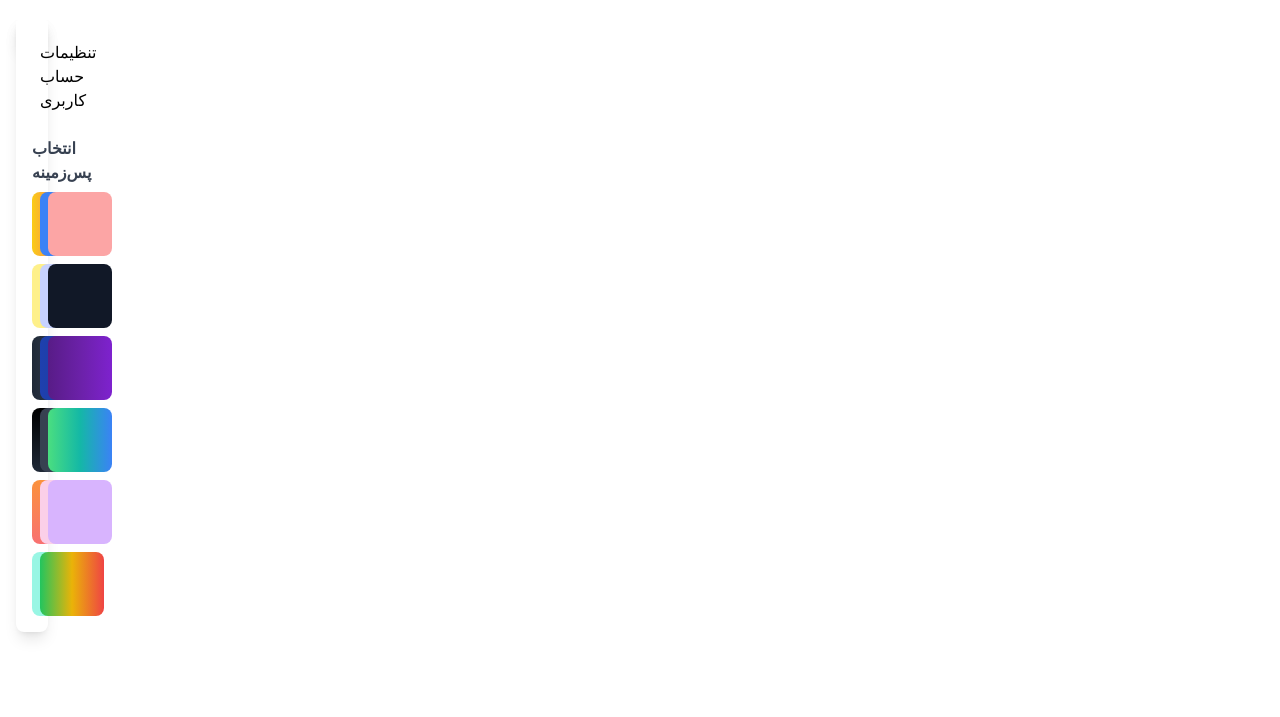
Repository: spnovaa/work-hive
Page: / (app in front_end/), after clicking the first element matching `div.z-0`
These files come from the project's save history. The page is drawn as it stood at one moment and after the next save; the edit follows.
The browser window is 1280 px wide. The pictures show the whole page.
The project was rebuilt for these pictures with package versions that can differ from the ones it lists, and the page was loaded fresh each time. Also part of the build but not shown: front_end/src/api/auth.js, front_end/src/pages/login.jsx, front_end/src/pages/registration.jsx.

Above is the page before, as saved 2025-01-16 15:26:39.

After the next save:
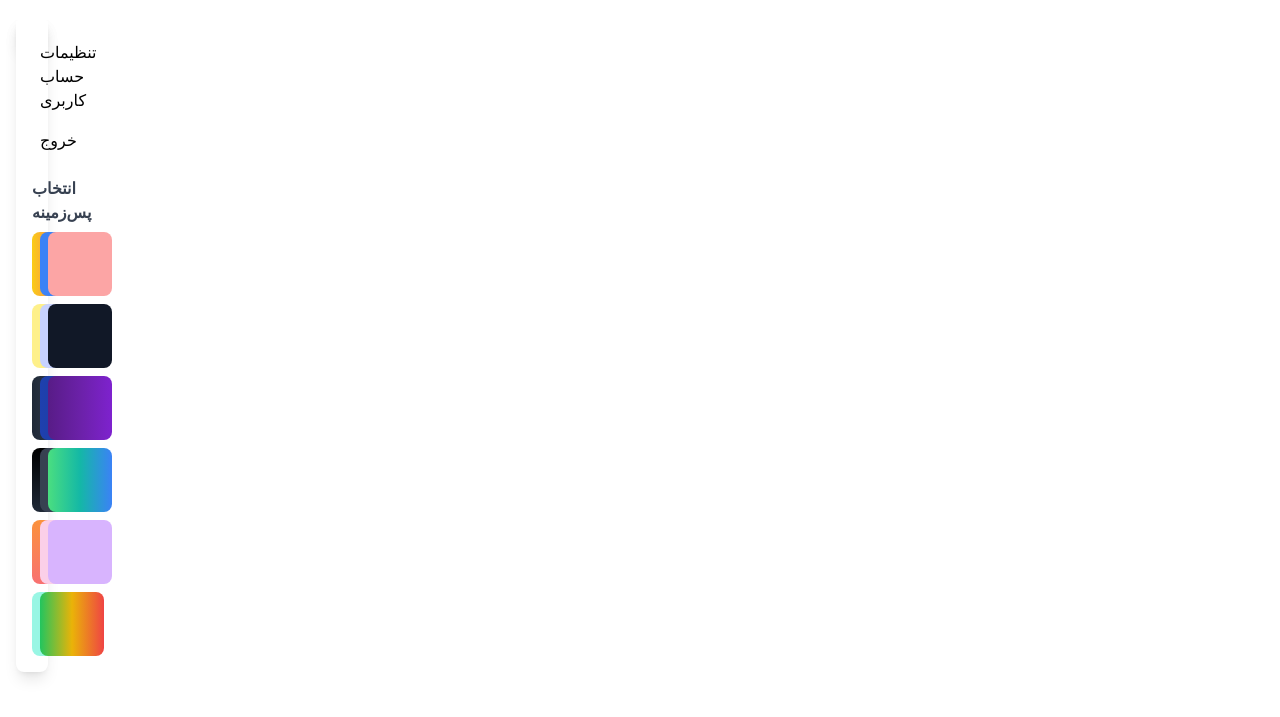
Saved 4 s later.
--- a/front_end/src/components/profile/dropdown.jsx
+++ b/front_end/src/components/profile/dropdown.jsx
@@ -73,7 +73,7 @@ const ProfileDropdown  = ({  onBackgroundChange }) => {
 
   {/* Logout */}
   <div
-    className="hidden items-center justify-between p-2 cursor-pointer hover:bg-gray-100 rounded"
+    className="flex items-center justify-between p-2 cursor-pointer hover:bg-gray-100 rounded"
     onClick={handleLogout}
   >
     <span>خروج</span>
